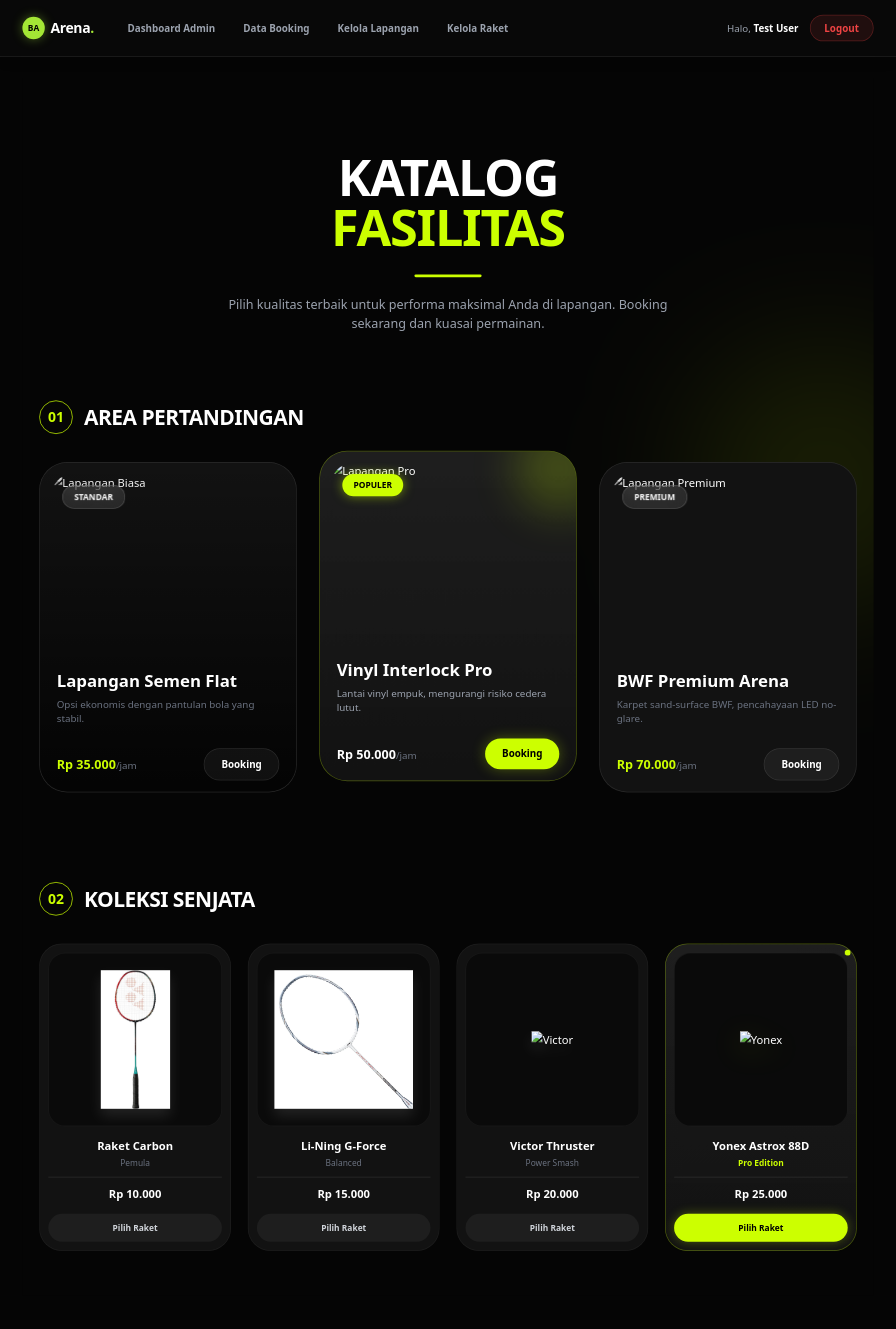
Repository: yvngpbl/badminton-booking-system
Page: http://localhost/lapangan
An editor plug-in stored every save of this project. The page is shown before and after the next save, followed by the edit.
The browser window is 1280 px wide. The pictures show the whole page, at 70% of full size.
Some web libraries are served in a nearby version. The page is served by the project's Laravel application, run on PHP 8.4 with Laravel 12. A made-up administrator, Test User (test@example.com), is signed in. Other server files are loaded and not shown. Queries for data that is not in the repository find no rows.

Above is the page before, as saved 2026-05-29 18:04:44.

### routes/web.php
<?php

use Illuminate\Support\Facades\Route;
use Illuminate\Support\Facades\Auth;
use Illuminate\Http\Request;

use App\Http\Controllers\AuthController;
use App\Http\Controllers\UserController;
use App\Http\Controllers\BookingController;
use App\Http\Controllers\AdminController;

Route::get('/', function () {
    if (Auth::check()) {
        if (Auth::user()->role === 'admin') {
            return redirect('/admin/dashboard');
        }
        return redirect('/dashboard');
    }
    return redirect('/login');
});

Route::middleware('guest')->group(function () {
    Route::get('/login', [AuthController::class, 'loginForm'])->name('login');
    Route::post('/login', [AuthController::class, 'login']);
    Route::get('/register', [AuthController::class, 'registerForm']);
    Route::post('/register', [AuthController::class, 'register']);
});

Route::middleware('auth')->group(function () {
    Route::get('/dashboard', [UserController::class, 'dashboard']);
    Route::get('/lapangan', [UserController::class, 'lapangan']);
    Route::get('/booking', [BookingController::class, 'bookingForm']);
    Route::post('/booking', [BookingController::class, 'booking']);
    Route::get('/history', [BookingController::class, 'history']);
    Route::post('/logout', [AuthController::class, 'logout']);
});

// ROUTE ADMIN - Sesuai dengan AdminController kamu
Route::prefix('admin')->middleware(['auth', 'admin'])->group(function () {
    Route::get('/dashboard', [AdminController::class, 'dashboard']);
    Route::get('/bookings', [AdminController::class, 'bookings']); // Mengarah ke data booking
    Route::post('/bookings/{id}/update', [AdminController::class, 'updateStatus']); // Untuk update status & notes

    Route::post('/admin/lapangan/{id}/update-status', [AdminController::class, 'updateStatusLapangan']);
Route::post('/admin/raket/{id}/update-status', [AdminController::class, 'updateStatusRaket']);
// Pastikan mengarah ke AdminController dan fungsi index


    Route::get('/lapangan', [AdminController::class, 'lapanganAdmin']);
    Route::get('/raket', [AdminController::class, 'raket']);
});

Route::get('/logout', function (Request $request) {
    Auth::logout();
    $request->session()->invalidate();
    $request->session()->regenerateToken();
    return redirect('/login');
});
Route::delete('/admin/bookings/{id}/delete', [AdminController::class, 'destroy']);
// Route untuk Maintenance / Blokir Jadwal oleh Admin
Route::get('/admin/maintenance', [\App\Http\Controllers\AdminController::class, 'formMaintenance']);
Route::post('/admin/maintenance', [\App\Http\Controllers\AdminController::class, 'simpanMaintenance']);

// Rute Update Status Fasilitas oleh Admin
Route::post('/admin/lapangan/{id}/update', [\App\Http\Controllers\AdminController::class, 'updateStatusLapangan']);
Route::post('/admin/raket/{id}/update', [\App\Http\Controllers\AdminController::class, 'updateStatusRaket']);

// Rute untuk Fitur Blokir Jadwal (Maintenance)
Route::get('/admin/maintenance', [\App\Http\Controllers\AdminController::class, 'formMaintenance']);
Route::post('/admin/maintenance', [\App\Http\Controllers\AdminController::class, 'simpanMaintenance']);

### app/Http/Controllers/UserController.php
<?php

namespace App\Http\Controllers;

use Illuminate\Http\Request;
use App\Models\LapanganModel; // Import model lapangan
use App\Models\BookingModel;  // WAJIB ADA INI BIAR GAK ERROR CLASS NOT FOUND
use Illuminate\Support\Facades\Auth;

class UserController extends Controller
{
    public function dashboard()
    {
        return view('user.dashboard');
    }

    public function lapangan()
    {
        $lapangan = LapanganModel::all();
        $raket = \App\Models\RaketModel::all();
        return view('user.lapangan', compact('lapangan', 'raket'));
    }

    public function history()
    {
        $booking = \App\Models\BookingModel::all();
    return view('user.history', compact('booking'));
    }
}

### app/Models/LapanganModel.php
<?php

namespace App\Models;

use Illuminate\Database\Eloquent\Factories\HasFactory;
use Illuminate\Database\Eloquent\Model;

class LapanganModel extends Model
{
    use HasFactory;

    // Paksa Laravel menggunakan nama tabel 'lapangan' (bukan lapangan_models)
    protected $table = 'lapangan';

    protected $fillable = [
        'nama',
        'harga',
        'deskripsi'
    ];

    // Relasi agar bisa dipanggil di history
    public function bookings()
    {
        return $this->hasMany(Booking::class, 'lapangan_id');
    }
}

### app/Models/RaketModel.php
<?php

namespace App\Models;

use Illuminate\Database\Eloquent\Factories\HasFactory;
use Illuminate\Database\Eloquent\Model;

class RaketModel extends Model
{
    use HasFactory;

    protected $table = 'rakets'; // Sesuaikan dengan nama tabel raket di database

    protected $fillable = ['nama_raket', 'harga_sewa'];
}

### resources/views/user/lapangan.blade.php
@extends('layout')

@section('content')
<script src="https://cdn.tailwindcss.com"></script>
<script>
  tailwind.config = {
    theme: {
      extend: {
        colors: {
          darkBg: '#050505',
          darkCard: '#121212',
          neon: '#ccff00',
        }
      }
    }
  }
</script>

<style>
  .text-stroke-neon {
    -webkit-text-stroke: 1px #ccff00;
    color: transparent;
  }
</style>

<div class="bg-darkBg min-h-screen font-sans selection:bg-neon selection:text-black pt-10">
    <div id="fasilitas" class="py-16 px-4 md:px-6 relative overflow-hidden">

        {{-- Cahaya Glowing di Background --}}
        <div class="absolute top-[20%] right-[-10%] w-96 h-96 bg-neon/10 rounded-full mix-blend-screen filter blur-[100px]"></div>

        <div class="max-w-7xl mx-auto relative z-10">
            {{-- Header Katalog --}}
            <div class="text-center mb-24 relative">
                <h2 class="text-5xl md:text-7xl font-extrabold text-white tracking-tight leading-tight uppercase relative inline-block">
                    Katalog <br>

                    <span class="text-neon relative z-10">Fasilitas</span>
                </h2>
                <div class="h-1 w-24 bg-neon mx-auto mt-8 rounded-full"></div>
                <p class="text-gray-400 mt-6 text-lg max-w-2xl mx-auto">Pilih kualitas terbaik untuk performa maksimal Anda di lapangan. Booking sekarang dan kuasai permainan.</p>
            </div>

            {{-- 1. PILIHAN LAPANGAN --}}
            <div class="mb-32">
                <div class="flex items-center gap-4 mb-10">
                    <div class="w-12 h-12 rounded-full border border-neon flex items-center justify-center text-neon font-bold text-xl">01</div>
                    <h3 class="text-3xl font-bold text-white tracking-tight uppercase">Area Pertandingan</h3>
                </div>

                <div class="grid grid-cols-1 md:grid-cols-3 gap-6 md:gap-8">

                    {{-- Lapangan 1 (Standar) --}}
                    <div class="group bg-darkCard border border-white/10 rounded-[2.5rem] p-4 hover:border-neon/50 transition-all duration-500 flex flex-col relative overflow-hidden">
                        <div class="absolute inset-0 bg-gradient-to-b from-transparent to-black/80 z-10 pointer-events-none"></div>

                        <div class="relative overflow-hidden rounded-[2rem] h-64 mb-6">
                            <img src="{{ asset('images/lapangan1.jpg') }}" alt="Lapangan Biasa" class="w-full h-full object-cover grayscale group-hover:grayscale-0 group-hover:scale-110 transition duration-700">
                            <div class="absolute top-4 left-4 bg-white/10 backdrop-blur-md text-white border border-white/20 px-4 py-2 rounded-full text-xs font-bold uppercase z-20">Standar</div>
                        </div>

                        <div class="flex-grow px-2 relative z-20">
                            <h4 class="text-2xl font-bold text-white mb-2 group-hover:text-neon transition">Lapangan Semen Flat</h4>
                            <p class="text-gray-500 text-sm">Opsi ekonomis dengan pantulan bola yang stabil.</p>
                        </div>

                        <div class="mt-8 flex items-center justify-between px-2 relative z-20">
                            <span class="text-neon font-bold text-lg">Rp 35.000<span class="text-gray-500 text-sm font-normal">/jam</span></span>
                            <a href="{{ url('/booking') }}" class="bg-white/5 hover:bg-neon border border-white/10 hover:text-black text-white px-6 py-3 rounded-full text-sm font-bold transition-colors">Booking</a>
                        </div>
                    </div>

                    {{-- Lapangan 2 (Pro) --}}
                    <div class="group bg-gradient-to-b from-white/10 to-darkCard border border-neon/30 rounded-[2.5rem] p-4 hover:border-neon transition-all duration-500 flex flex-col relative overflow-hidden transform md:-translate-y-4">
                        <div class="absolute -top-10 -right-10 w-32 h-32 bg-neon/20 rounded-full blur-[30px]"></div>

                        <div class="relative overflow-hidden rounded-[2rem] h-64 mb-6">
                            <img src="{{ asset('images/lapangan2.png') }}" alt="Lapangan Pro" class="w-full h-full object-cover group-hover:scale-110 transition duration-700">
                            <div class="absolute top-4 left-4 bg-neon text-black px-4 py-2 rounded-full text-xs font-bold uppercase z-20 shadow-[0_0_15px_rgba(204,255,0,0.5)]">Populer</div>
                        </div>

                        <div class="flex-grow px-2 relative z-20">
                            <h4 class="text-2xl font-bold text-white mb-2 group-hover:text-neon transition">Vinyl Interlock Pro</h4>
                            <p class="text-gray-400 text-sm">Lantai vinyl empuk, mengurangi risiko cedera lutut.</p>
                        </div>

                        <div class="mt-8 flex items-center justify-between px-2 relative z-20">
                            <span class="text-white font-bold text-lg">Rp 50.000<span class="text-gray-500 text-sm font-normal">/jam</span></span>
                            <a href="{{ url('/booking') }}" class="bg-neon text-black shadow-[0_0_20px_rgba(204,255,0,0.3)] hover:scale-105 px-6 py-3 rounded-full text-sm font-bold transition-transform">Booking</a>
                        </div>
                    </div>

                    {{-- Lapangan 3 (Premium) --}}
                    <div class="group bg-darkCard border border-white/10 rounded-[2.5rem] p-4 hover:border-white/40 transition-all duration-500 flex flex-col relative overflow-hidden">
                        <div class="relative overflow-hidden rounded-[2rem] h-64 mb-6">
                            <img src="{{ asset('images/lapangan3.png') }}" alt="Lapangan Premium" class="w-full h-full object-cover grayscale group-hover:grayscale-0 group-hover:scale-110 transition duration-700">
                            <div class="absolute top-4 left-4 bg-white/10 backdrop-blur-md text-white border border-white/20 px-4 py-2 rounded-full text-xs font-bold uppercase z-20">Premium</div>
                        </div>

                        <div class="flex-grow px-2 relative z-20">
                            <h4 class="text-2xl font-bold text-white mb-2 group-hover:text-neon transition">BWF Premium Arena</h4>
                            <p class="text-gray-500 text-sm">Karpet sand-surface BWF, pencahayaan LED no-glare.</p>
                        </div>

                        <div class="mt-8 flex items-center justify-between px-2 relative z-20">
                            <span class="text-neon font-bold text-lg">Rp 70.000<span class="text-gray-500 text-sm font-normal">/jam</span></span>
                            <a href="{{ url('/booking') }}" class="bg-white/5 hover:bg-white border border-white/10 hover:text-black text-white px-6 py-3 rounded-full text-sm font-bold transition-colors">Booking</a>
                        </div>
                    </div>

                </div>
            </div>

            {{-- 2. KATALOG RAKET --}}
            <div>
                <div class="flex items-center gap-4 mb-10 justify-end md:justify-start">
                    <div class="w-12 h-12 rounded-full border border-neon flex items-center justify-center text-neon font-bold text-xl">02</div>
                    <h3 class="text-3xl font-bold text-white tracking-tight uppercase">Koleksi Senjata</h3>
                </div>

                <div class="grid grid-cols-2 md:grid-cols-4 gap-4 md:gap-6">

                    {{-- Raket 1 --}}
                    <div class="group bg-darkCard border border-white/5 rounded-[2rem] p-3 hover:border-neon/50 transition-all text-center flex flex-col relative">
                        <div class="absolute inset-0 bg-gradient-to-t from-neon/5 to-transparent opacity-0 group-hover:opacity-100 rounded-[2rem] transition duration-500 pointer-events-none"></div>
                        <div class="aspect-square overflow-hidden rounded-3xl mb-4 bg-[#0a0a0a] flex items-center justify-center p-6 border border-white/5">
                            <img src="{{ asset('images/raket1.jpg') }}" class="max-h-full group-hover:rotate-12 group-hover:scale-110 transition duration-500 drop-shadow-[0_10px_10px_rgba(255,255,255,0.1)]" alt="Raket Biasa">
                        </div>
                        <div class="flex-grow pb-2 z-10">
                            <h5 class="font-bold text-white group-hover:text-neon transition">Raket Carbon</h5>
                            <p class="text-xs text-gray-500 mt-1">Pemula</p>
                            <p class="text-white font-bold mt-3 border-t border-white/10 pt-3">Rp 10.000</p>
                        </div>
                        <a href="{{ url('/booking') }}" class="mt-2 block py-3 bg-white/5 text-gray-300 rounded-full text-xs font-bold hover:bg-neon hover:text-black transition relative z-10">Pilih Raket</a>
                    </div>

                    {{-- Raket 2 --}}
                    <div class="group bg-darkCard border border-white/5 rounded-[2rem] p-3 hover:border-neon/50 transition-all text-center flex flex-col relative">
                        <div class="absolute inset-0 bg-gradient-to-t from-neon/5 to-transparent opacity-0 group-hover:opacity-100 rounded-[2rem] transition duration-500 pointer-events-none"></div>
                        <div class="aspect-square overflow-hidden rounded-3xl mb-4 bg-[#0a0a0a] flex items-center justify-center p-6 border border-white/5">
                            <img src="{{ asset('images/raket2.jpg') }}" class="max-h-full group-hover:rotate-12 group-hover:scale-110 transition duration-500 drop-shadow-[0_10px_10px_rgba(255,255,255,0.1)]" alt="Li-Ning">
                        </div>
                        <div class="flex-grow pb-2 z-10">
                            <h5 class="font-bold text-white group-hover:text-neon transition">Li-Ning G-Force</h5>
                            <p class="text-xs text-gray-500 mt-1">Balanced</p>
                            <p class="text-white font-bold mt-3 border-t border-white/10 pt-3">Rp 15.000</p>
                        </div>
                        <a href="{{ url('/booking') }}" class="mt-2 block py-3 bg-white/5 text-gray-300 rounded-full text-xs font-bold hover:bg-neon hover:text-black transition relative z-10">Pilih Raket</a>
                    </div>

                    {{-- Raket 3 --}}
                    <div class="group bg-darkCard border border-white/5 rounded-[2rem] p-3 hover:border-neon/50 transition-all text-center flex flex-col relative">
                        <div class="absolute inset-0 bg-gradient-to-t from-neon/5 to-transparent opacity-0 group-hover:opacity-100 rounded-[2rem] transition duration-500 pointer-events-none"></div>
                        <div class="aspect-square overflow-hidden rounded-3xl mb-4 bg-[#0a0a0a] flex items-center justify-center p-6 border border-white/5">
                            <img src="{{ asset('images/raket3.jpeg') }}" class="max-h-full group-hover:-rotate-12 group-hover:scale-110 transition duration-500 drop-shadow-[0_10px_10px_rgba(255,255,255,0.1)]" alt="Victor">
                        </div>
                        <div class="flex-grow pb-2 z-10">
                            <h5 class="font-bold text-white group-hover:text-neon transition">Victor Thruster</h5>
                            <p class="text-xs text-gray-500 mt-1">Power Smash</p>
                            <p class="text-white font-bold mt-3 border-t border-white/10 pt-3">Rp 20.000</p>
                        </div>
                        <a href="{{ url('/booking') }}" class="mt-2 block py-3 bg-white/5 text-gray-300 rounded-full text-xs font-bold hover:bg-neon hover:text-black transition relative z-10">Pilih Raket</a>
                    </div>

                    {{-- Raket 4 (Unggulan) --}}
                    <div class="group bg-gradient-to-b from-white/10 to-darkCard border border-neon/30 rounded-[2rem] p-3 hover:border-neon transition-all text-center flex flex-col relative">
                        <div class="absolute top-2 right-2 bg-neon w-2 h-2 rounded-full animate-ping z-20"></div>
                        <div class="absolute top-2 right-2 bg-neon w-2 h-2 rounded-full z-20"></div>

                        <div class="aspect-square overflow-hidden rounded-3xl mb-4 bg-[#0a0a0a] flex items-center justify-center p-6 border border-white/5">
                            <img src="{{ asset('images/raket4.jpeg') }}" class="max-h-full group-hover:-rotate-12 group-hover:scale-110 transition duration-500 drop-shadow-[0_10px_20px_rgba(204,255,0,0.2)]" alt="Yonex">
                        </div>
                        <div class="flex-grow pb-2 z-10">
                            <h5 class="font-bold text-white group-hover:text-neon transition">Yonex Astrox 88D</h5>
                            <p class="text-xs text-neon mt-1 font-bold">Pro Edition</p>
                            <p class="text-white font-bold mt-3 border-t border-white/10 pt-3">Rp 25.000</p>
                        </div>
                        <a href="{{ url('/booking') }}" class="mt-2 block py-3 bg-neon text-black rounded-full text-xs font-bold hover:scale-105 transition transform shadow-[0_0_15px_rgba(204,255,0,0.3)] relative z-10">Pilih Raket</a>
                    </div>

                </div>
            </div>

        </div>
    </div>
</div>
@endsection

Loaded but not shown: app/Models/User.php (common file); app/Http/Controllers/Controller.php (common file); resources/views/layout.blade.php (106 lines, source omitted)

After the next save:
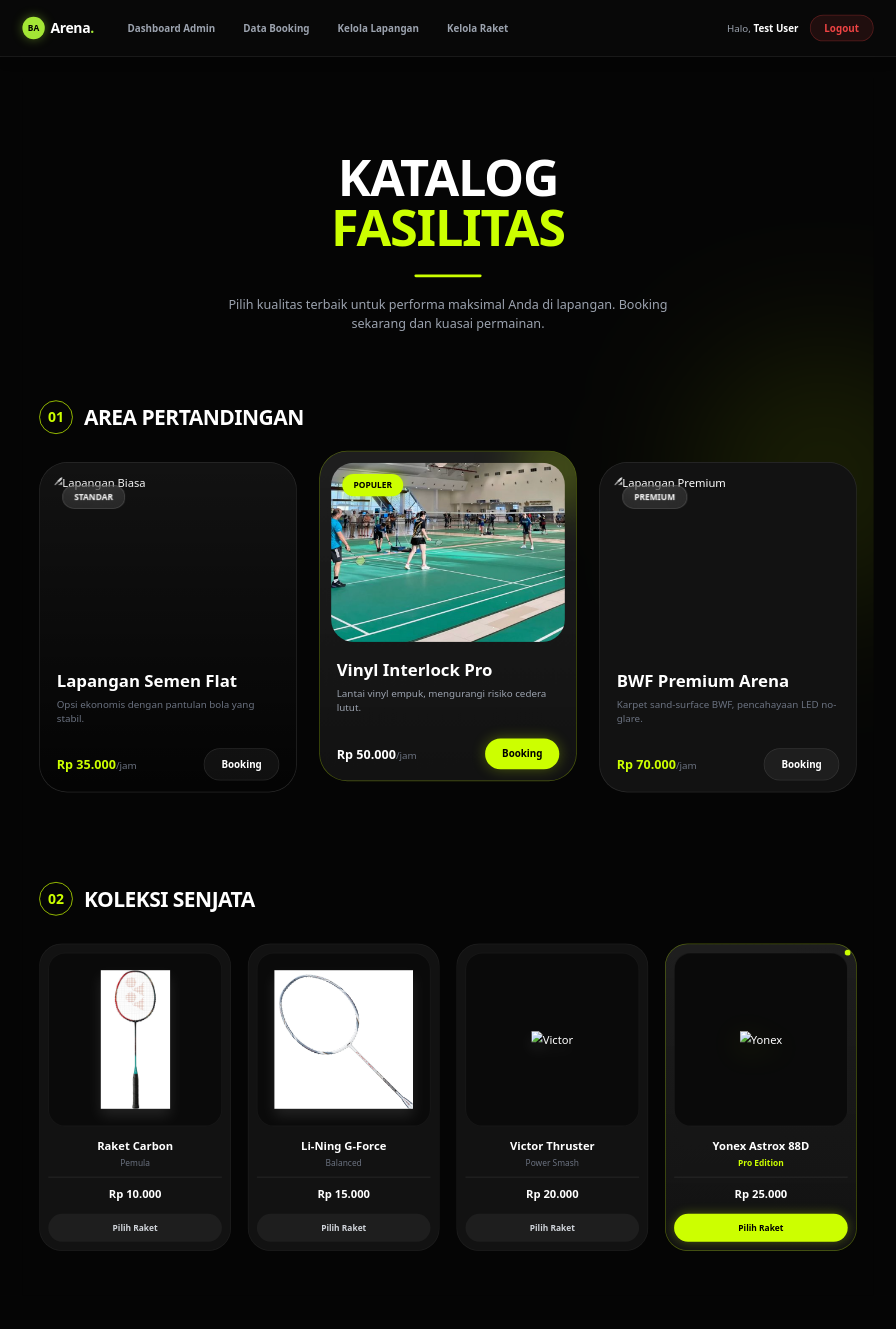
Saved 25 s later.
--- a/resources/views/user/lapangan.blade.php
+++ b/resources/views/user/lapangan.blade.php
@@ -75,7 +75,7 @@
                         <div class="absolute -top-10 -right-10 w-32 h-32 bg-neon/20 rounded-full blur-[30px]"></div>
 
                         <div class="relative overflow-hidden rounded-[2rem] h-64 mb-6">
-                            <img src="{{ asset('images/lapangan2.png') }}" alt="Lapangan Pro" class="w-full h-full object-cover group-hover:scale-110 transition duration-700">
+                            <img src="{{ asset('images/lapangan2.jpg') }}" alt="Lapangan Pro" class="w-full h-full object-cover group-hover:scale-110 transition duration-700">
                             <div class="absolute top-4 left-4 bg-neon text-black px-4 py-2 rounded-full text-xs font-bold uppercase z-20 shadow-[0_0_15px_rgba(204,255,0,0.5)]">Populer</div>
                         </div>
 
